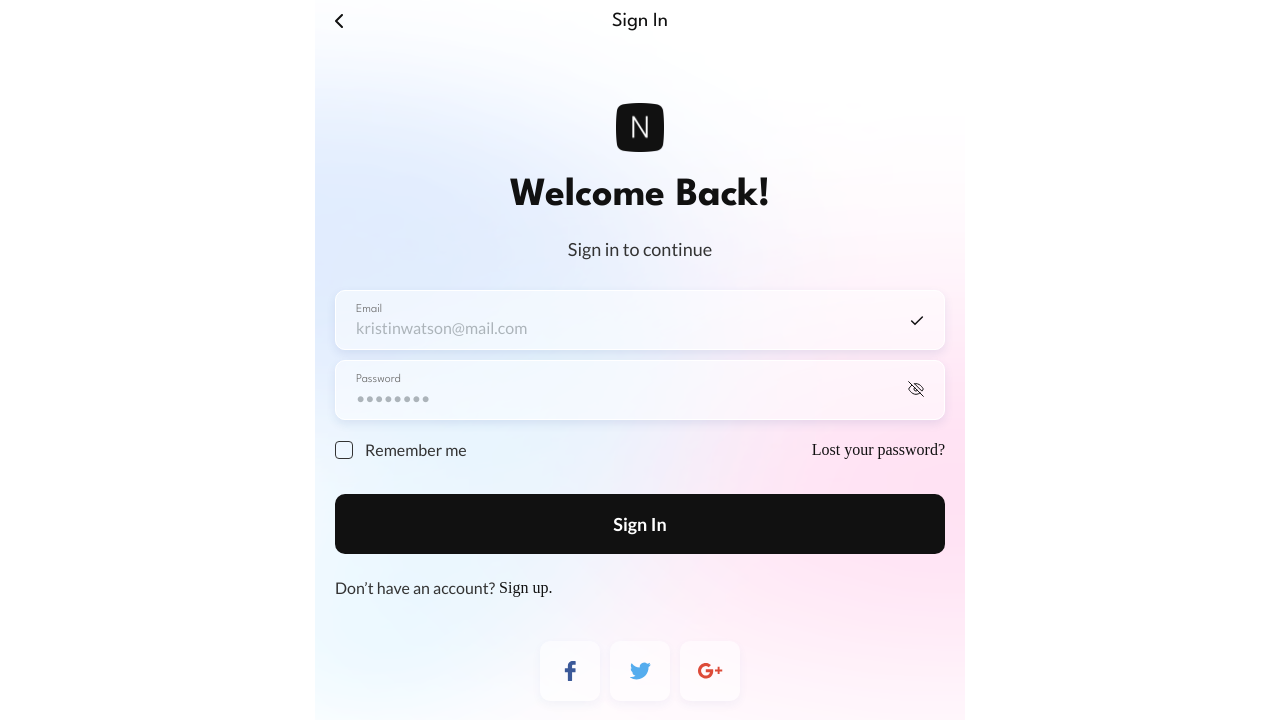
Repository: Ruddro420/inspired-it-app
Page: /sign-in
An editor plug-in stored every save of this project. The page is shown before and after the next save, followed by the edit.
The browser window is 1280 px wide. The pictures show the whole page.
The project was rebuilt for these pictures with package versions that can differ from the ones it lists, and the page was loaded fresh each time. Also part of the build but not shown: src/text/H2.tsx, src/text/H4.tsx, src/text/H5.tsx, src/text/H6.tsx, src/text/T10.tsx, src/text/T12.tsx, src/text/T14.tsx, src/utils/getTabs.tsx and 88 more.

Above is the page before, as saved 2025-06-27 14:49:16.

After the next save:
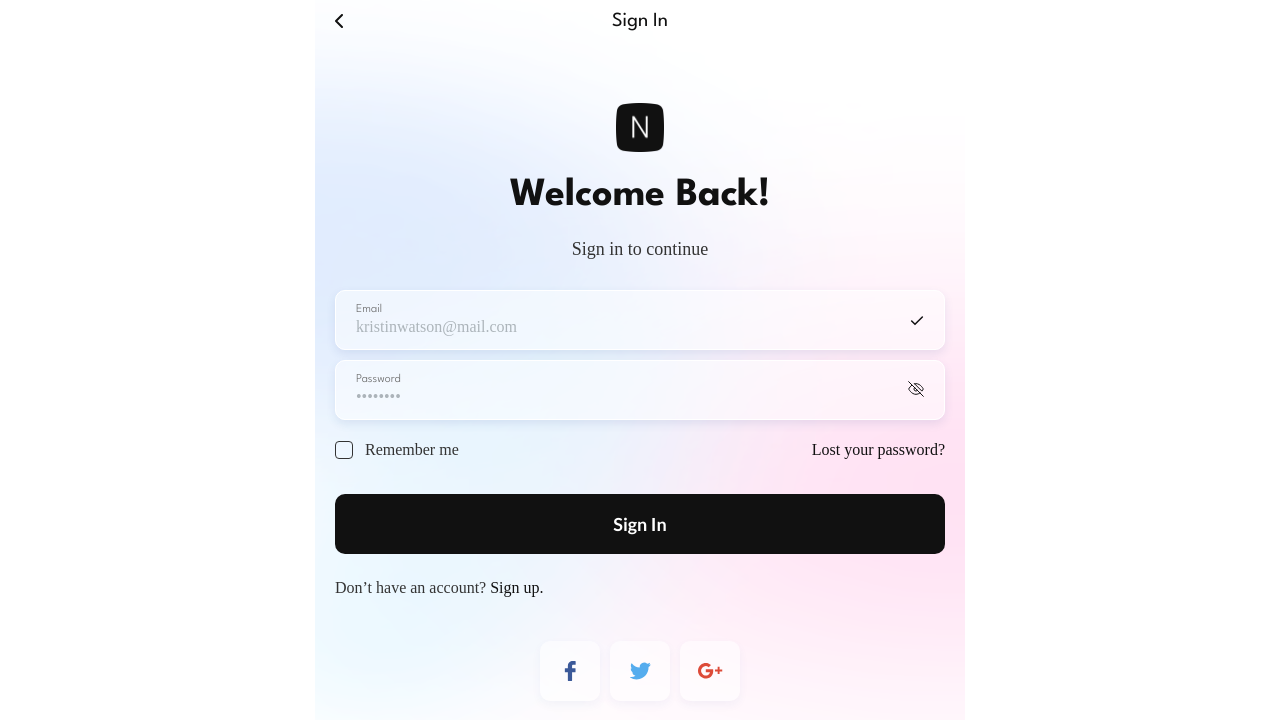
Saved 40 s later.
--- a/src/constants/fonts.tsx
+++ b/src/constants/fonts.tsx
@@ -1,5 +1,5 @@
-const Lato_700Bold = {fontFamily: 'Hind-Siliguri'};
-const Lato_400Regular = {fontFamily: 'Lato-Regular'};
+const Lato_700Bold = {fontFamily: 'Hind Siliguri'};
+const Lato_400Regular = {fontFamily: 'Hind Siliguri'};
 
 const LeagueSpartan_700Bold = {fontFamily: 'LeagueSpartan-Bold'};
 const LeagueSpartan_300Light = {fontFamily: 'LeagueSpartan-Light'};
